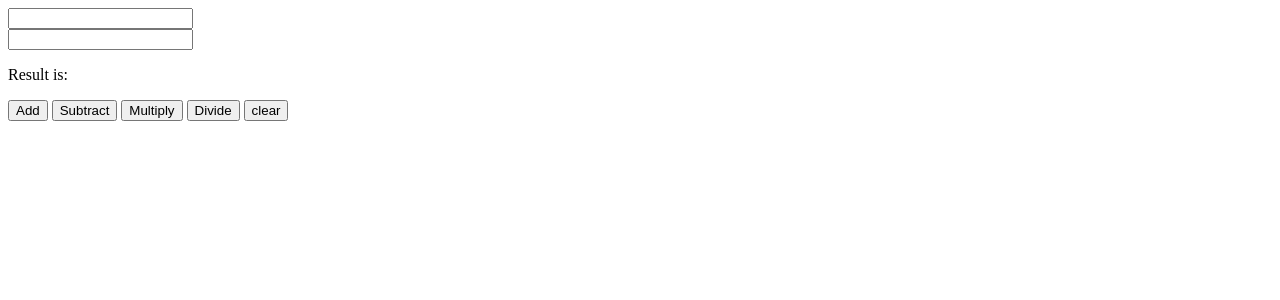
Repository: SHASHIDHAR-as/Spring
Page: spring-jsp-servelets/webapp/Webapp1/src/main/webapp/Calculator.html
The author's editor kept a copy of each file at every save. The page is drawn from the files as they stood at one save, then again after the next save.
The browser window is 1280 px wide. The pictures show the whole page.

Above is the page before, as saved 2024-07-31 05:51:06.

### spring-jsp-servelets/webapp/Webapp1/src/main/webapp/Calculator.html
<!DOCTYPE html>
<html>
<head>
<meta charset="UTF-8">
<title>Calculator</title>
<script src="Scripts/calcscript.js"></script>
</head>
<body>
<input type="text" id="num1"><br>
<input type="text" id="num2"><br>
<p id="result">Result is: </p>
<button onclick="calculate('A')">Add</button>
<button onclick="calculate('S')">Subtract</button>
<button onclick="calculate('M')">Multiply</button>
<button onclick="calculate('D')">Divide</button>
<button onclick="clearvalue()">clear</button>
</body>
</html>

### spring-jsp-servelets/webapp/Webapp1/src/main/webapp/Scripts/calcscript.js
/**
 *

function add(){
    var num1 = parseFloat(document.getElementById("num1").value);
    var num2 = parseFloat(document.getElementById("num2").value);
    document.getElementById("result").innerHTML=" Result is :"+(num1+num2);
    alert(num1 + num2);
}
function sub(){
    var num1 = parseFloat(document.getElementById("num1").value);
    var num2 = parseFloat(document.getElementById("num2").value);
    document.getElementById("result").innerHTML=" Result is :"+(num1-num2);
    alert(num1 - num2);
}
 */


 function calculate(option){
	var num1 = parseFloat(document.getElementById("num1").value);
    var num2 = parseFloat(document.getElementById("num2").value);
    if(isNaN(num1) ||isNaN(num2)){
		alert("Please enter proper values");
		return
	}
	switch(option){
		case 'A':result=num1+num2;
				break;

    	case 'S':
			   result=num1-num2;
				break;
    	case 'M':
			    result=num1*num2;
				break;
    	case 'D':
			    result=num1/num2;
				break;
	}
	document.getElementById("result").innerHTML=" Result is :"+result;
    			alert(result);



 }

 function clearvalue(){
  document.getElementById("num1").value="";
   document.getElementById("num2").value="";
    document.getElementById("result").innerHTML="";

}

After the next save:
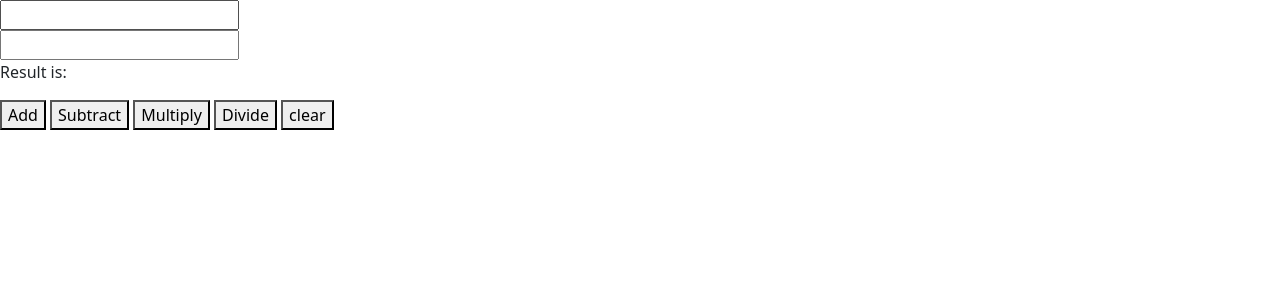
Saved 19 min 1 s later.
--- a/spring-jsp-servelets/webapp/Webapp1/src/main/webapp/Calculator.html
+++ b/spring-jsp-servelets/webapp/Webapp1/src/main/webapp/Calculator.html
@@ -3,6 +3,9 @@
 <head>
 <meta charset="UTF-8">
 <title>Calculator</title>
+ <!-- Bootstrap CSS -->
+    <link href="https://cdn.jsdelivr.net/npm/bootstrap@5.0.2/dist/css/bootstrap.min.css" rel="stylesheet" integrity="sha384-EVSTQN3/azprG1Anm3QDgpJLIm9Nao0Yz1ztcQTwFspd3yD65VohhpuuCOmLASjC" crossorigin="anonymous">
+
 <script src="Scripts/calcscript.js"></script>
 </head>
 <body>
